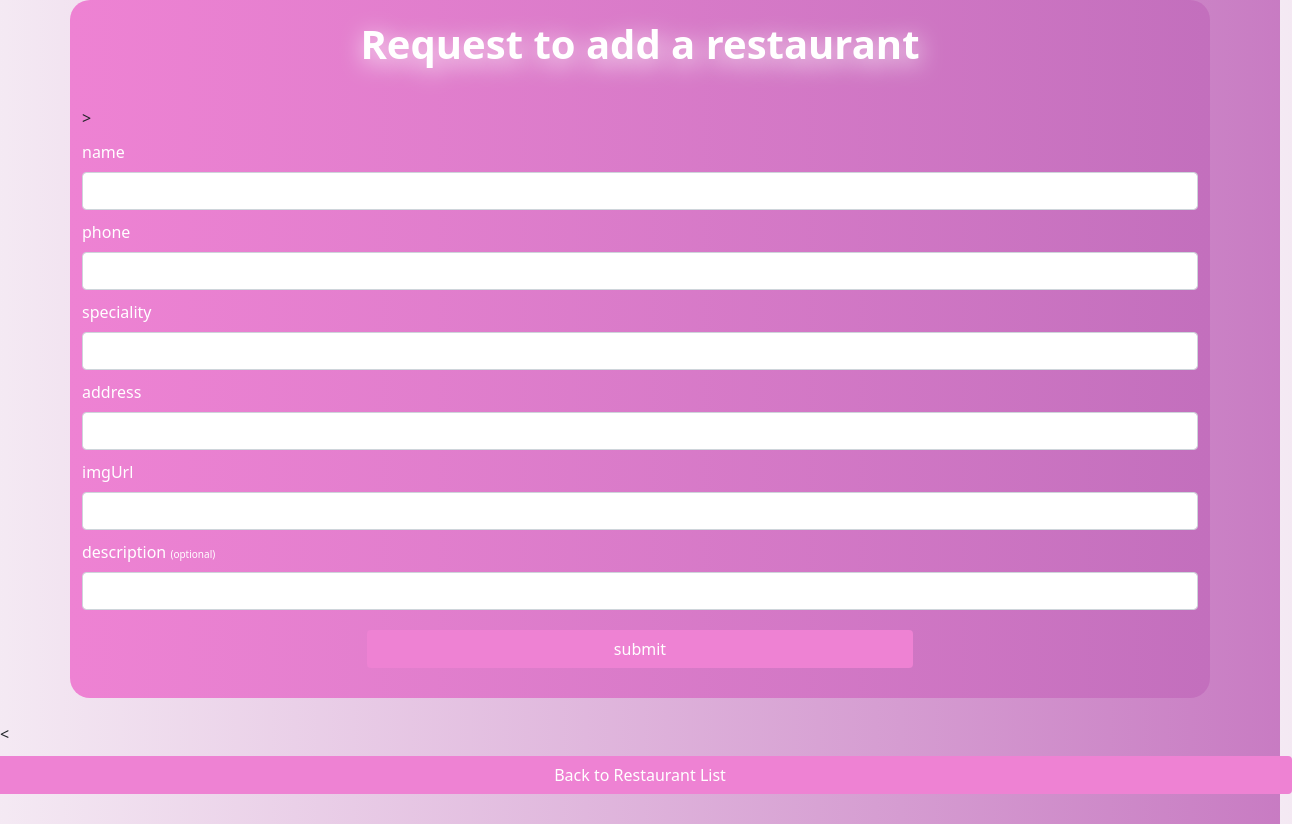
Repository: eyaajili/j2ee
Page: http://localhost/projet_j2ee/addRestaurant.jsp
These files come from the project's save history. The page is drawn as it stood at one moment and after the next save; the edit follows.
The browser window is 1280 px wide. The page is 1292 px wide, so the pictures cover 1292 px, including what lies to the right of the window. The pictures show the whole page.
The page is served by Tomcat 9. Other server files are loaded and not shown.

Above is the page before, as saved 2023-04-29 21:33:49.

### projet j2ee/src/main/webapp/addRestaurant.jsp
<%@ page language="java" contentType="text/html; charset=ISO-8859-1"
    pageEncoding="ISO-8859-1"%>
<%@ taglib prefix="c" uri="http://java.sun.com/jsp/jstl/core" %>
<!DOCTYPE html>
<html lang="en">
<head>
    <meta charset="UTF-8">
    <meta http-equiv="X-UA-Compatible" content="IE=edge">
    <meta name="viewport" content="width=device-width, initial-scale=1.0">
    <title>Request</title>
    <link
    href="https://cdn.jsdelivr.net/npm/bootstrap@5.0.2/dist/css/bootstrap.min.css"
    rel="stylesheet"
    integrity="sha384-EVSTQN3/azprG1Anm3QDgpJLIm9Nao0Yz1ztcQTwFspd3yD65VohhpuuCOmLASjC"
    crossorigin="anonymous"/>
     <style>
      body {
        background-image: linear-gradient(90deg,rgba(243,231,242,0.9),rgba(194,109,188,0.9)) ;
        background-size: cover;

      }
      </style>

  <style>
    .title{
        color: white;
         font-weight: 700;
        text-align: center;
        margin-top: 20PX;
        text-shadow: 2px 5px 25px white;;
    }
    label{
      color: white;
    }

    .request{
      margin-top: 30px;
    }

    .field{
      margin-top: 10PX;
      margin-bottom: 10PX;
    }

    .container{
      border-radius: 20PX;
    }
  </style>
</head>
<body>
    <div class="container" style="background-image: linear-gradient(90deg,#ee82d3,rgba(194, 109, 188, 0.9));">
    <div class="row">
      <h1 class="title">Request to add a restaurant</h1>
    </div>
    <div class="row">
      <form class="request"  method="get" action="Servlet">
>
        <div class="field">
          <label class="form-label" for="name">name</label>
          <input name="name" class="form-control" type="text">
        </div>
                <div class="field">
          <label class="form-label" for="phone">phone</label>
          <input name="phone" class="form-control" type="text">
        </div>

        <div class="field">
          <label class="form-label" for="speciality">speciality</label>
          <input name="speciality" class="form-control" type="text">
        </div>
        <div class="field">
          <label class="form-label" for="address">address</label>
          <input name="address" class="form-control" type="text">
        </div>
                <div class="field">
          <label class="form-label" for="imgUrl">imgUrl</label>
          <input name="imgUrl" class="form-control" type="text">
        </div>

        <div class="field">
          <label class="form-label" for="description" >description <span style="font-size: 10PX;">(optional)</span></label>
          <input class="form-control" type="text">
        </div>
        <div class="row">
          <div class="col-3">
          </div>
          <div class="col-6">
          <div class="d-grid gap-2">
          <button class="btn" style="margin-top: 10px; margin-bottom: 30px; background-color: #ee82d3; color: white;"value="Add" type="submit">submit</button>
          </div>
          </div>
          <div class="col-3"></div>
        </div>
        <input type="hidden" name="action" value="addRestaurant">
      </form>
    </div>
    </div>
    <br>
    <<div class="row">
    <button class="btn" style="margin-top: 10px; margin-bottom: 30px; background-color: #ee82d3; color: white;">
      <a href="Servlet?action=listRestaurant" style="color: white; text-decoration: none;">Back to Restaurant List</a>
    </button>
  </div>

</body>
</html>

After the next save:
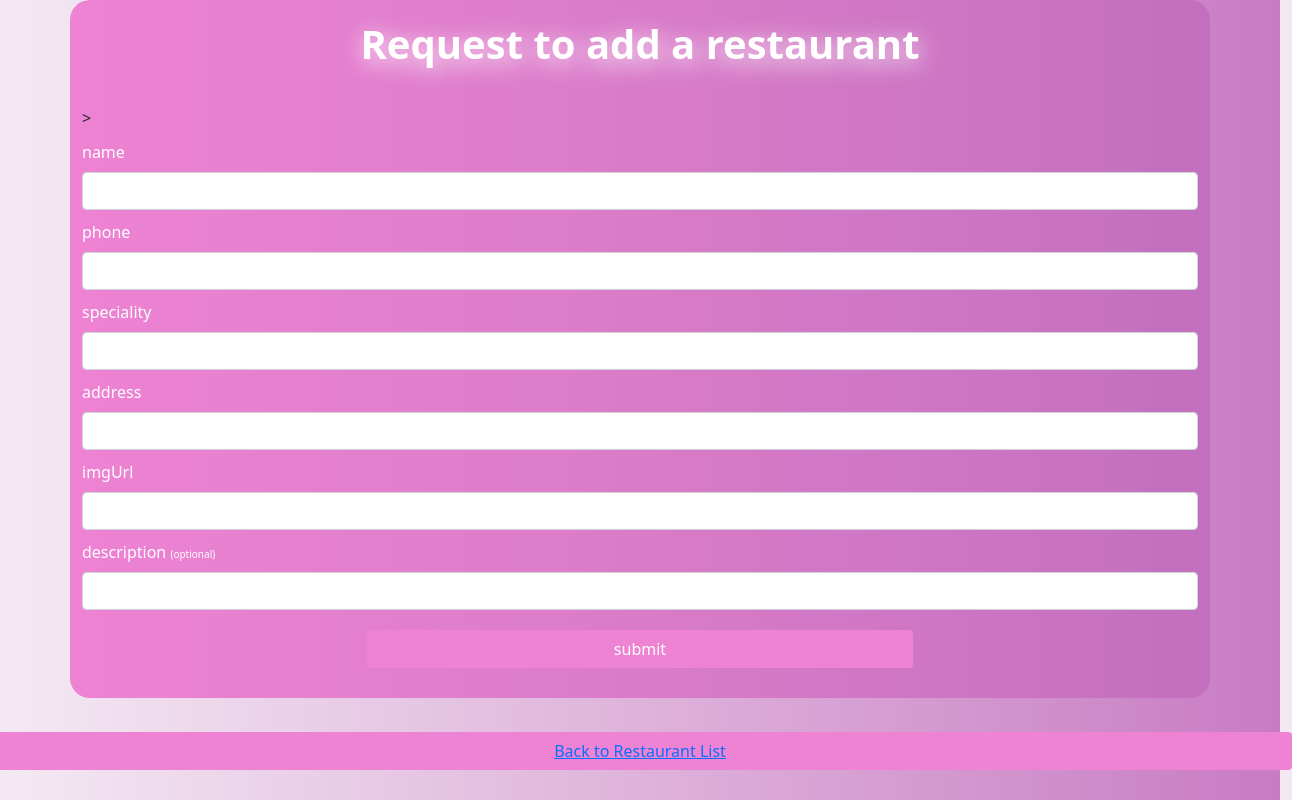
Saved 2 min 16 s later.
--- a/projet j2ee/src/main/webapp/addRestaurant.jsp
+++ b/projet j2ee/src/main/webapp/addRestaurant.jsp
@@ -96,9 +96,9 @@
     </div>
     </div>
     <br>
-    <<div class="row">
+    <div class="row">
     <button class="btn" style="margin-top: 10px; margin-bottom: 30px; background-color: #ee82d3; color: white;">
-      <a href="Servlet?action=listRestaurant" style="color: white; text-decoration: none;">Back to Restaurant List</a>
+      <a href="Servlet?action=listRestaurant">Back to Restaurant List</a>
     </button>
   </div>
 
